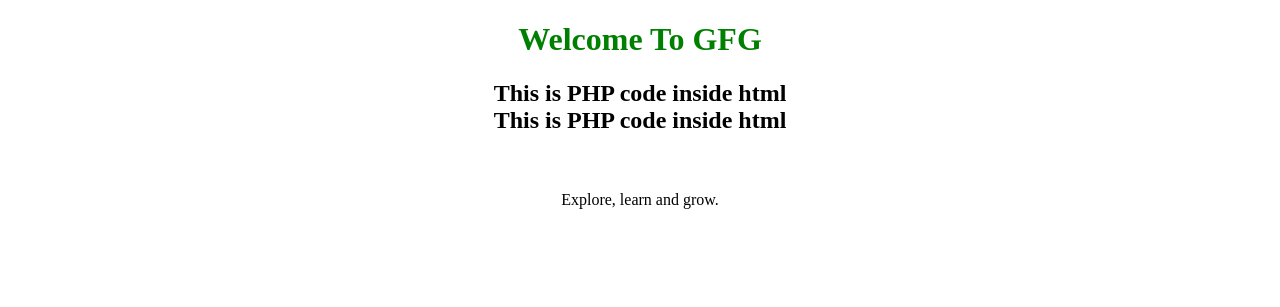
Repository: joyelmk/phpprojectgh
Page: http://localhost/example1.php
These files come from the project's save history. The page is drawn as it stood at one moment and after a run of saves; the edit follows.
The browser window is 1280 px wide. The pictures show the whole page.
The page is run by PHP 8.4 with error messages shown; the project is at /var/www/html/.

Above is the page before, as saved 2022-12-14 11:10:20.

After the next 3 saves:
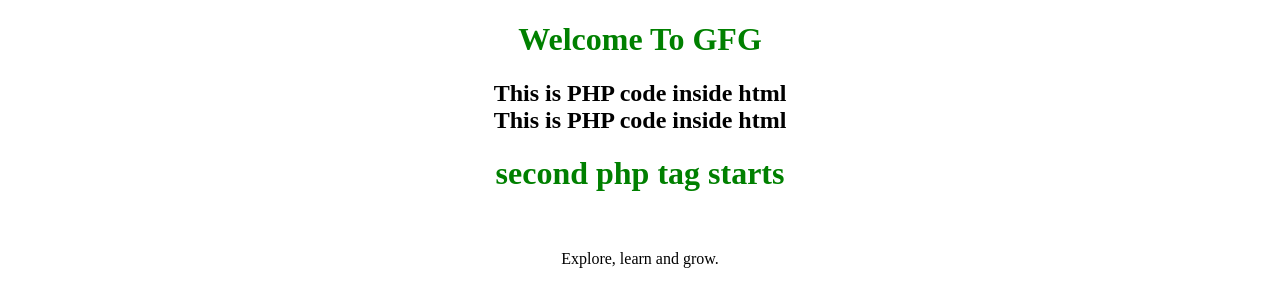
The 3 saves are shown as one change because they came seconds apart.
The last was saved 15 s later.
--- a/example1.php
+++ b/example1.php
@@ -19,7 +19,7 @@
             echo "This is PHP code inside html<br>";
             echo "This is PHP code inside html<br>";
         ?>
-<h1></h1>
+<h1>second php tag starts</h1>
 <br><br>
         <?php
         echo 'Explore, learn and grow.'
